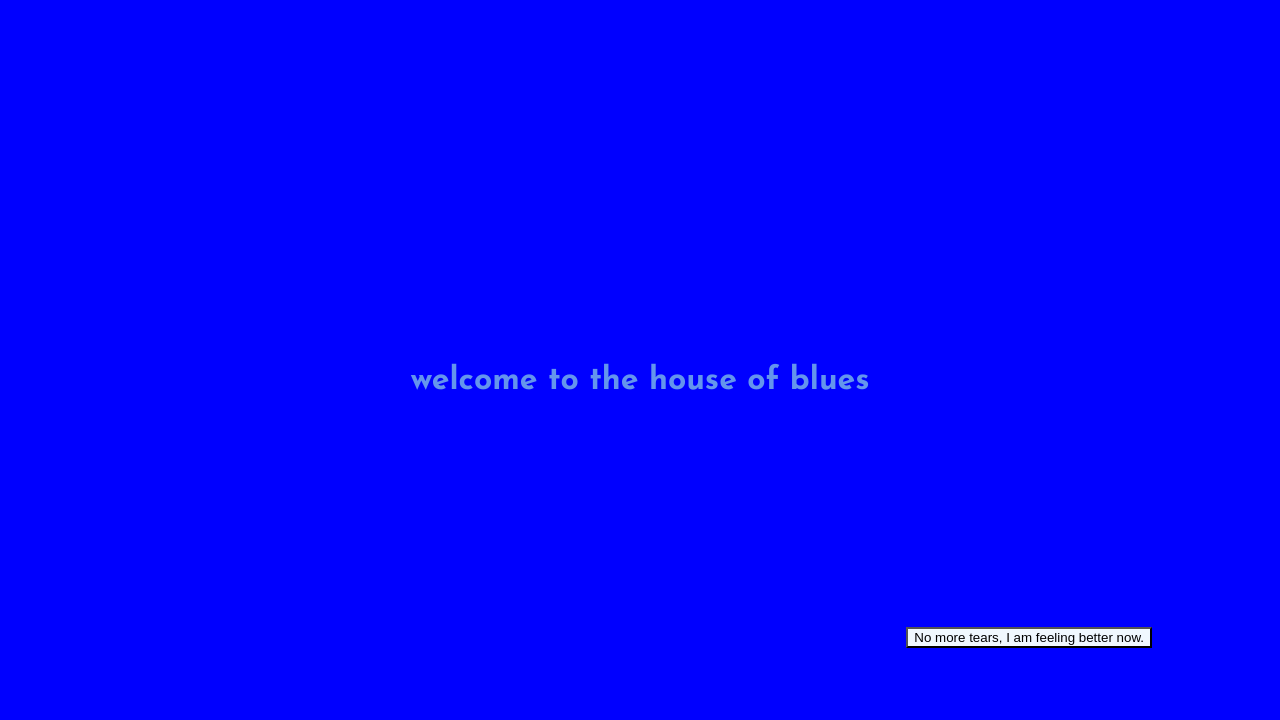
Repository: olivia-clarkeedwards/house-of-blues
Page: index.html
The author's editor kept a copy of each file at every save. The page is drawn from the files as they stood at one save, then again after the next save.
The browser window is 1280 px wide. The pictures show the whole page.

Above is the page before, as saved 2023-02-16 12:45:09.

After the next save:
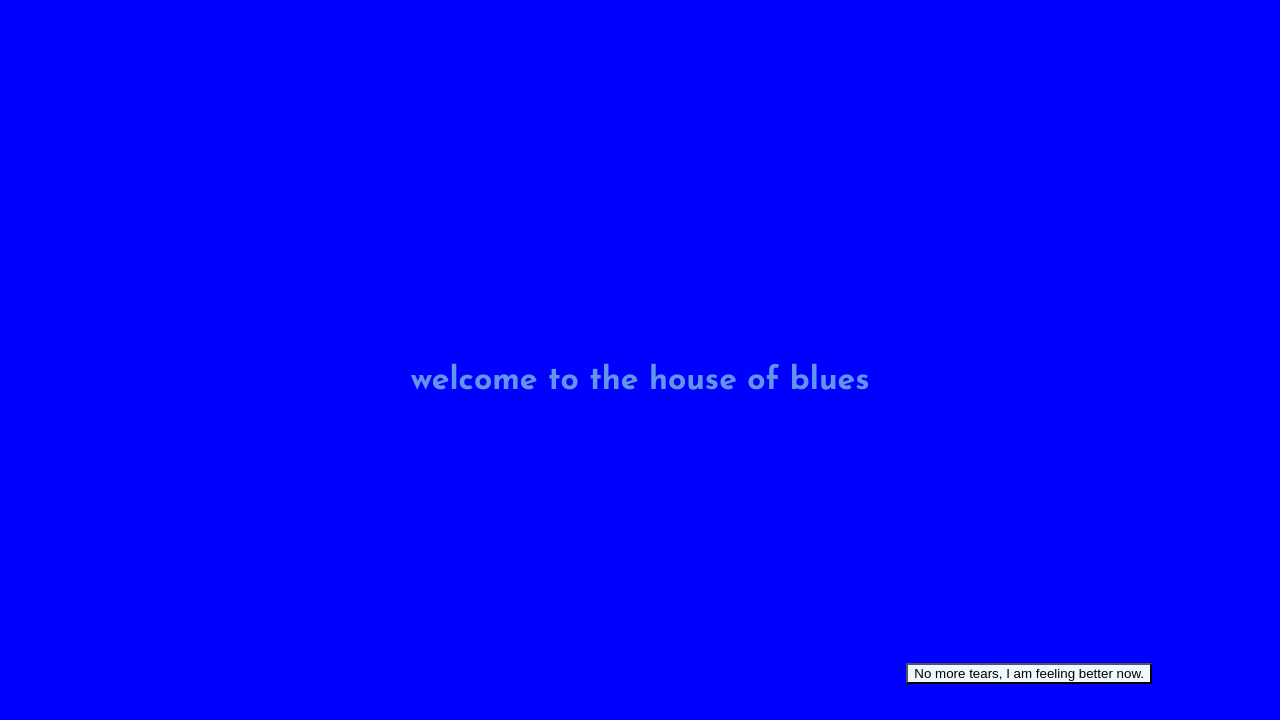
Saved 11 s later.
--- a/main.css
+++ b/main.css
@@ -26,7 +26,7 @@ p {
 
 button {
   position: absolute;
-  bottom: 10%;
+  bottom: 5%;
   right: 10%;
   background-color: aliceblue;
 }
